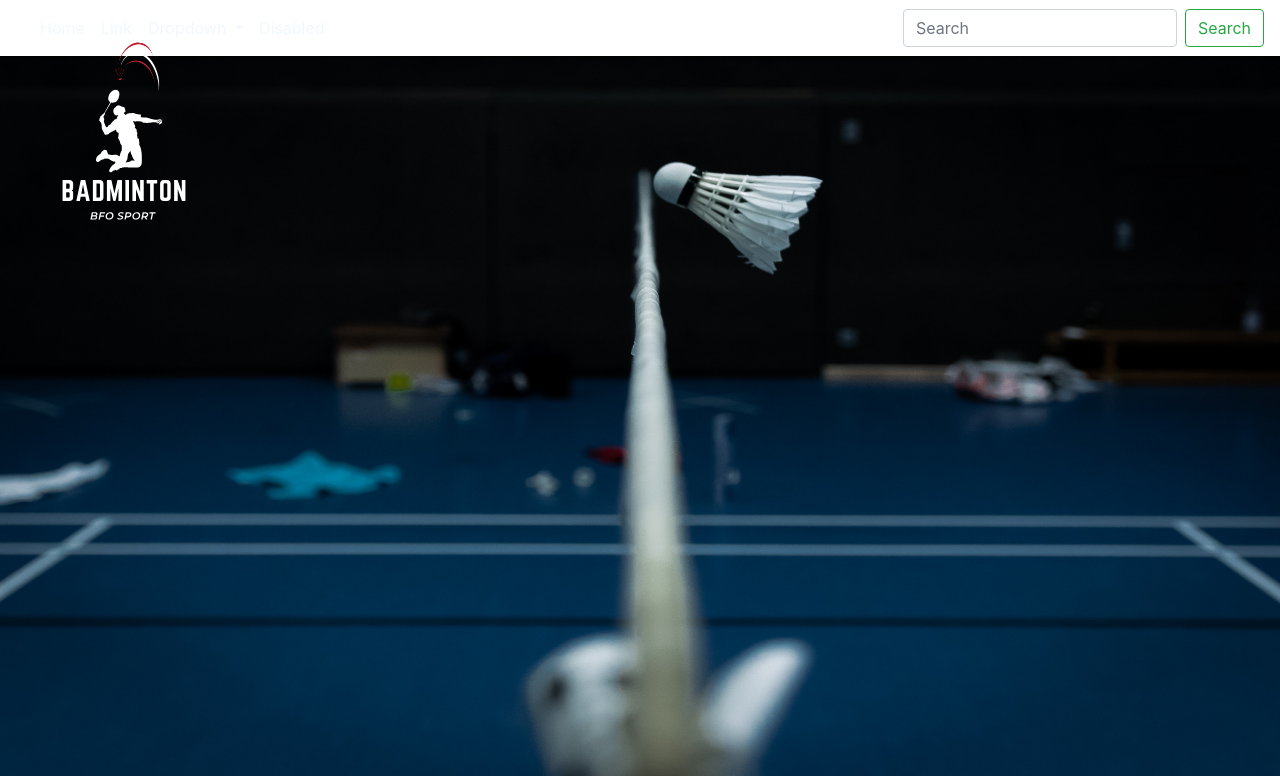
Repository: tsthuy/Badminton
Page: index.html
An editor plug-in stored every save of this project. The page is shown before and after the next save, followed by the edit.
The browser window is 1280 px wide. The pictures show the whole page.
Some web libraries are served in a nearby version.

Above is the page before, as saved 2023-10-13 20:23:31.

After the next save:
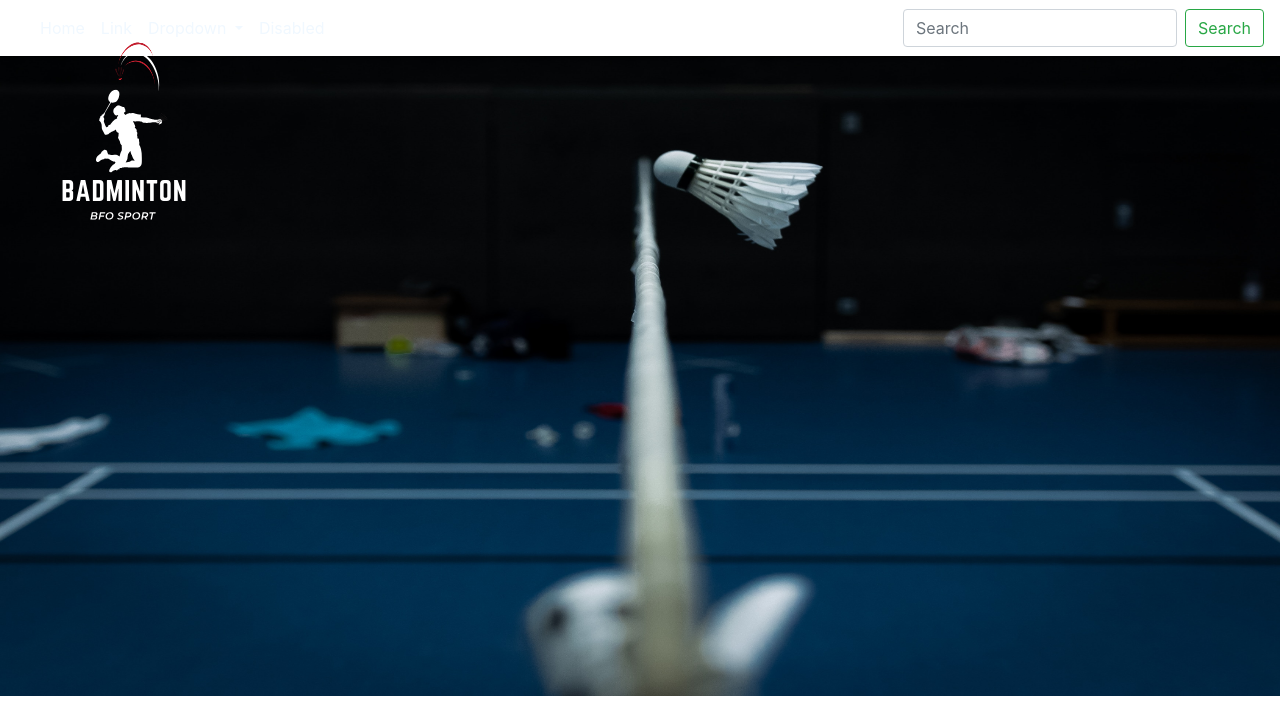
Saved 19 s later.
--- a/main.css
+++ b/main.css
@@ -7,6 +7,6 @@
 }
 .bg_img
 {
-    height: 100vh;
+    height: calc(100vh - 80px);
     width: 100%;
 }

After the save that followed:
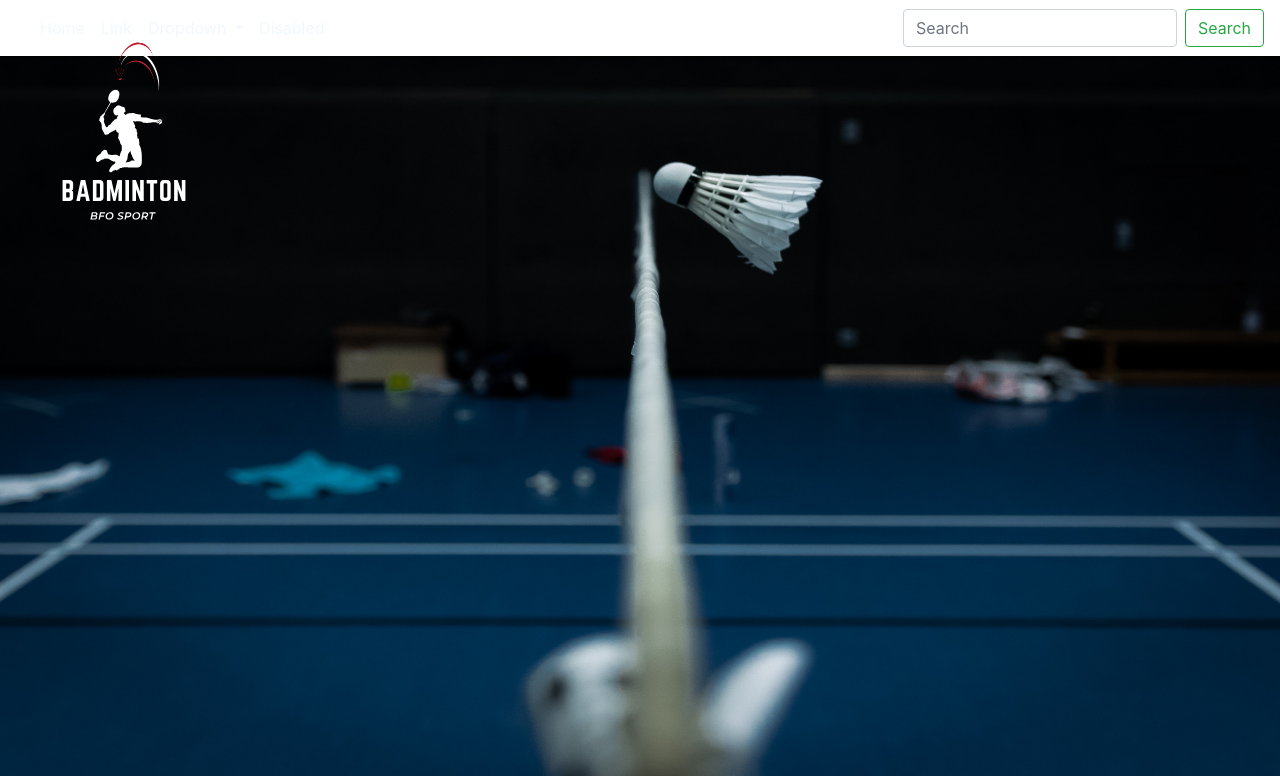
Saved 7 s later.
--- a/main.css
+++ b/main.css
@@ -7,6 +7,6 @@
 }
 .bg_img
 {
-    height: calc(100vh - 80px);
+    height: 100vh;
     width: 100%;
 }
